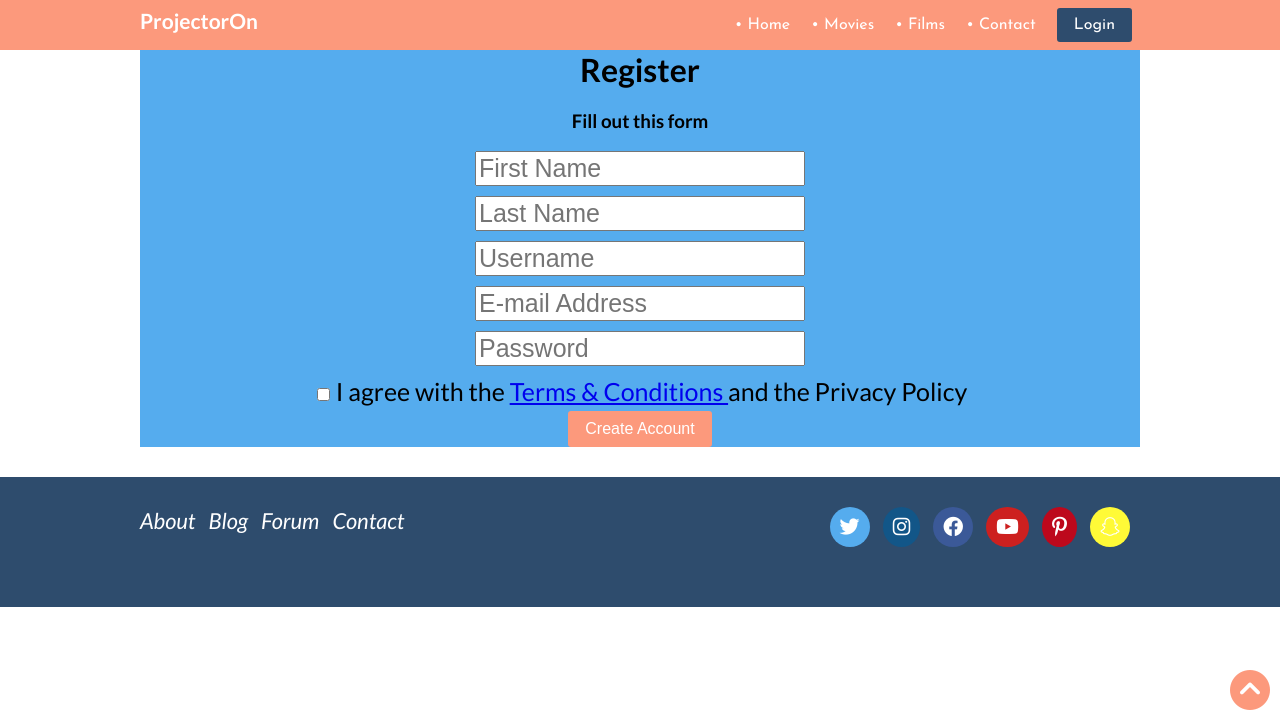
Repository: albayrakfatih/ProjectorOn_WebMovieApp
Page: register.html
An editor plug-in stored every save of this project. The page is shown before and after the next save, followed by the edit.
The browser window is 1280 px wide. The pictures show the whole page.
Some web libraries are served in a nearby version.

Above is the page before, as saved 2023-04-30 01:53:49.

After the next save:
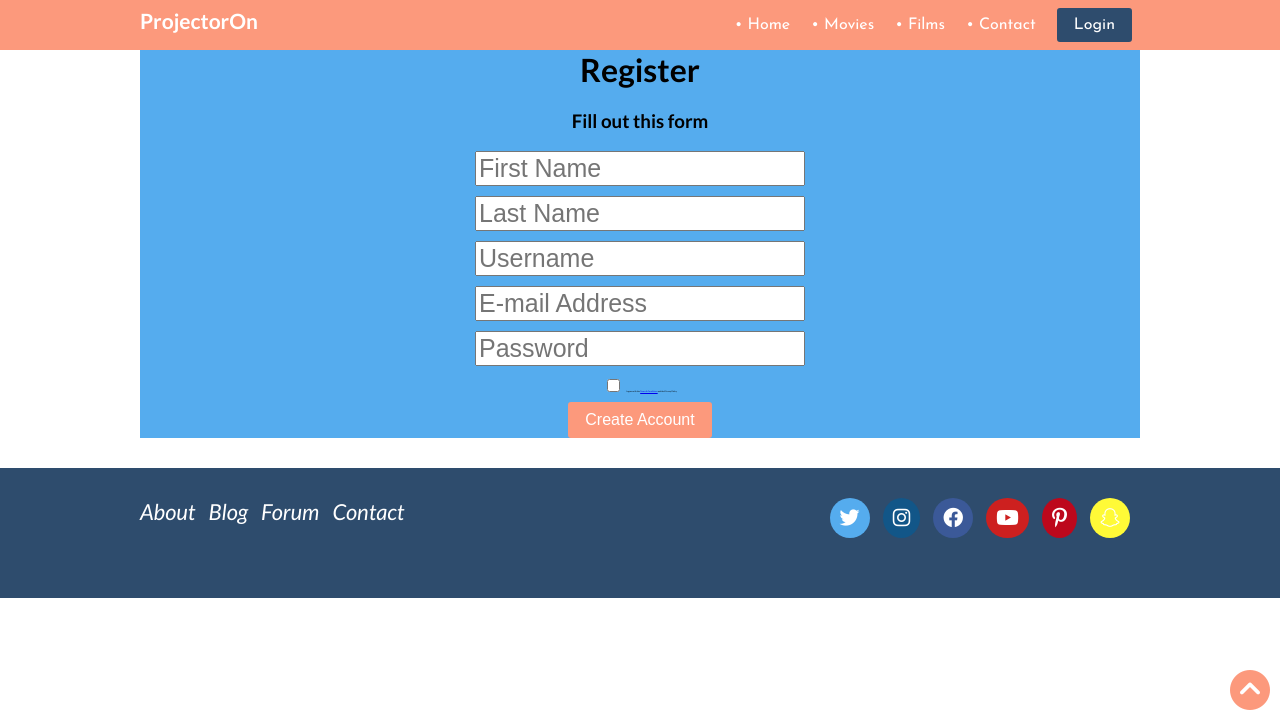
Saved 8 s later.
--- a/css/styles.css
+++ b/css/styles.css
@@ -396,6 +396,6 @@ footer ul li {
     margin-bottom: 10px;
 }
 .signup-form label {
-    font-size: 25px;
+    font-size: 2px;
     margin-bottom: 10px;
 }
